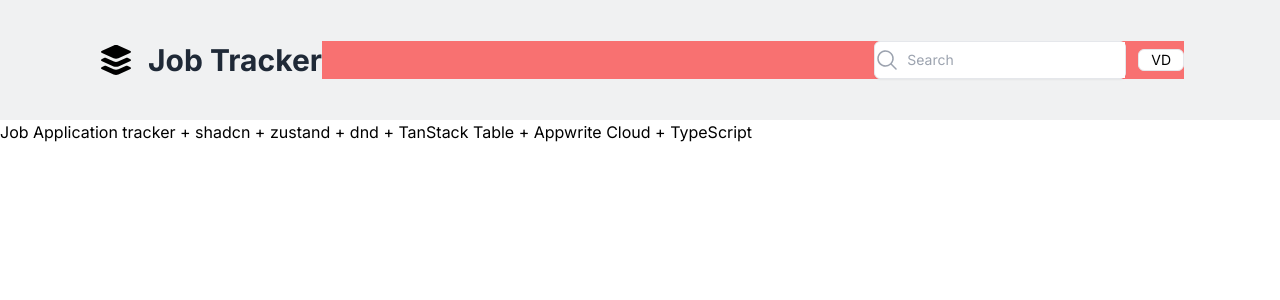
Repository: Vasil1001/job-applications-tracker-nextjs
Page: /
These files come from the project's save history. The page is drawn as it stood at one moment and after the next save; the edit follows.
The browser window is 1280 px wide. The pictures show the whole page.
The project was rebuilt for these pictures with package versions that can differ from the ones it lists, and the page was loaded fresh each time. The framework's server and built-in components were replaced by stand-ins that run in the browser. Also part of the build but not shown: next.config.js.

Above is the page before, as saved 2023-06-24 17:34:52.

After the next save:
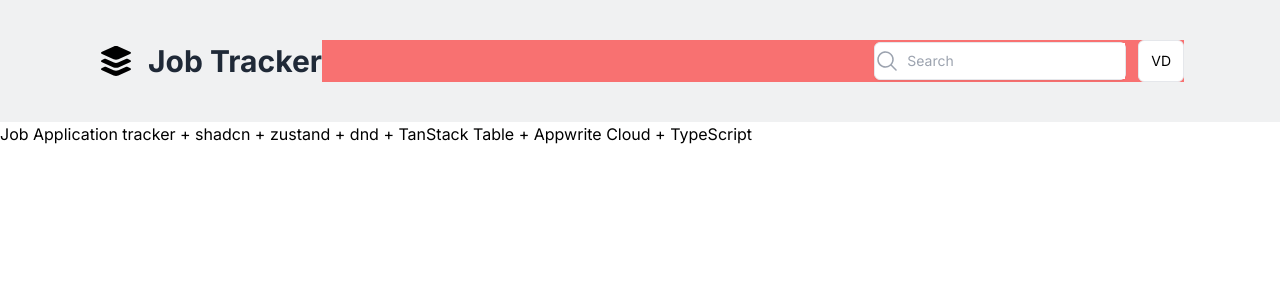
Saved 4 s later.
--- a/components/Header.tsx
+++ b/components/Header.tsx
@@ -42,7 +42,7 @@ export default function Header() {
             <button hidden> Search</button>
           </form>
 
-          <button className="flex-ip-2.5 px-3 text-black text-sm font-regular border focus-visible:outline-none focus-visible:ring-1 focus:ring-gray-400 bg-white border-gray-200 sm:text-sm rounded-md hover:border-gray-300 ">
+          <button className="p-2.5 px-3 text-black text-sm font-regular border focus-visible:outline-none focus-visible:ring-1 focus:ring-gray-400 bg-white border-gray-200 sm:text-sm rounded-md hover:border-gray-300 ">
             VD
           </button>
         </div>
